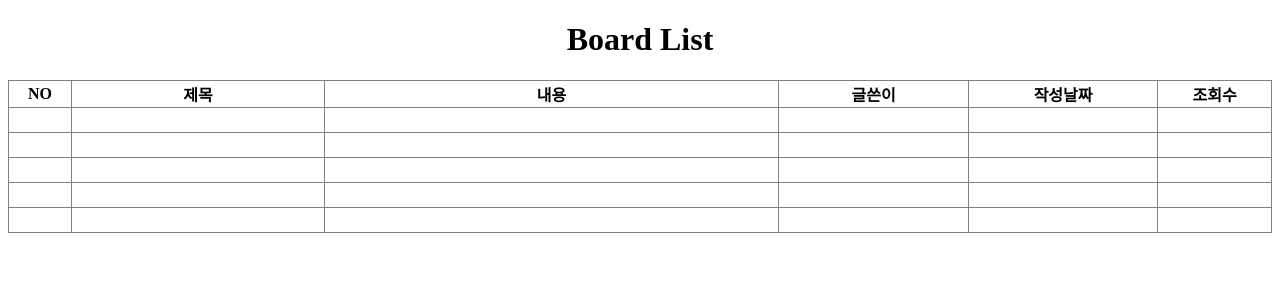
Repository: ByeonYJ/CSSTest
Page: GMSUI/WebContent/board/board_list.html
The author's editor kept a copy of each file at every save. The page is drawn from the files as they stood at one save, then again after the next save.
The browser window is 1280 px wide. The pictures show the whole page.

Above is the page before, as saved 2017-07-20 02:39:27.

### GMSUI/WebContent/board/board_list.html
<!DOCTYPE html>
<html>
<head>
<meta charset="UTF-8">
<title>Insert title here</title>
<style>
.text-center{text-align: center;}
.border-black{border: 1px solid black;}
.width-30pro{width:30%}
.text-deco-none{text-decoration: none;}
.table-border{border-collapse: collapse;}
.margin-auto{margin:0 auto;}
.list-none{list-style-type:none;}
.inline-block{display:inline-block}
.bgcolor-yellow{background-color:yellow;}
.bgcolor-red{background-color:red;}
.bgcolor-blue{background-color:blue;}
</style>
</head>
<body>
<h1 class="text-center">Board List</h1>
	<table border=1 class="table-border" style="width: 100%">
		<tr style="height: 25px;">
			<th class="text-center" style="width: 5%">NO</th>
			<th class="text-center" style="width: 20%">제목</th>
			<th class="text-center" style="width: 36%">내용</th>
			<th class="text-center" style="width: 15%">글쓴이</th>
			<th class="text-center" style="width: 15%">작성날짜</th>
			<th class="text-center" style="width: 9%">조회수</th>
		</tr>
		<tr style="height: 25px;">
			<td></td>
			<td></td>
			<td></td>
			<td></td>
			<td></td>
			<td></td>
		</tr>
		<tr style="height: 25px;">
			<td></td>
			<td></td>
			<td></td>
			<td></td>
			<td></td>
			<td></td>
		</tr>
		<tr style="height: 25px;">
			<td></td>
			<td></td>
			<td></td>
			<td></td>
			<td></td>
			<td></td>
		</tr>
		<tr style="height: 25px;">
			<td></td>
			<td></td>
			<td></td>
			<td></td>
			<td></td>
			<td></td>
		</tr >
		<tr style="height: 25px;">
			<td></td>
			<td></td>
			<td></td>
			<td></td>
			<td></td>
			<td></td>
		</tr>
	</table>
</body>
</html>

After the next save:
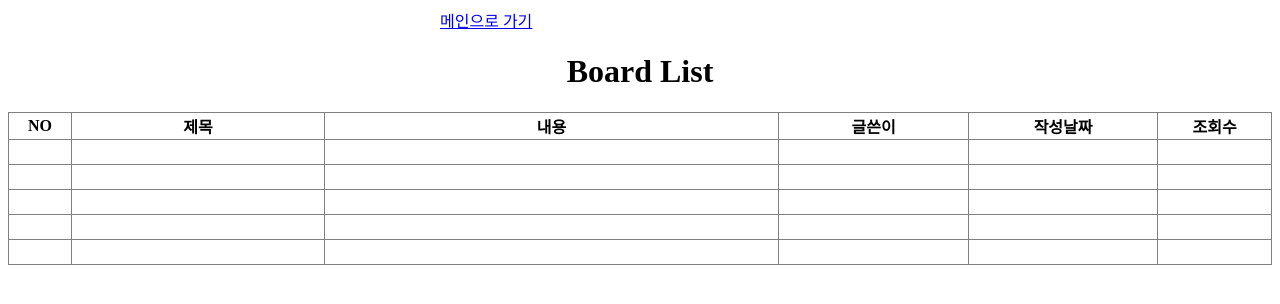
Saved 2 min 31 s later.
--- a/GMSUI/WebContent/board/board_list.html
+++ b/GMSUI/WebContent/board/board_list.html
@@ -18,6 +18,9 @@
 </style>
 </head>
 <body>
+<div id="container" class="margin-auto" style=" width: 400px">
+<a href="..index.html"class="float-right">메인으로 가기</a><br/>
+</div>
 <h1 class="text-center">Board List</h1>
 	<table border=1 class="table-border" style="width: 100%">
 		<tr style="height: 25px;">
